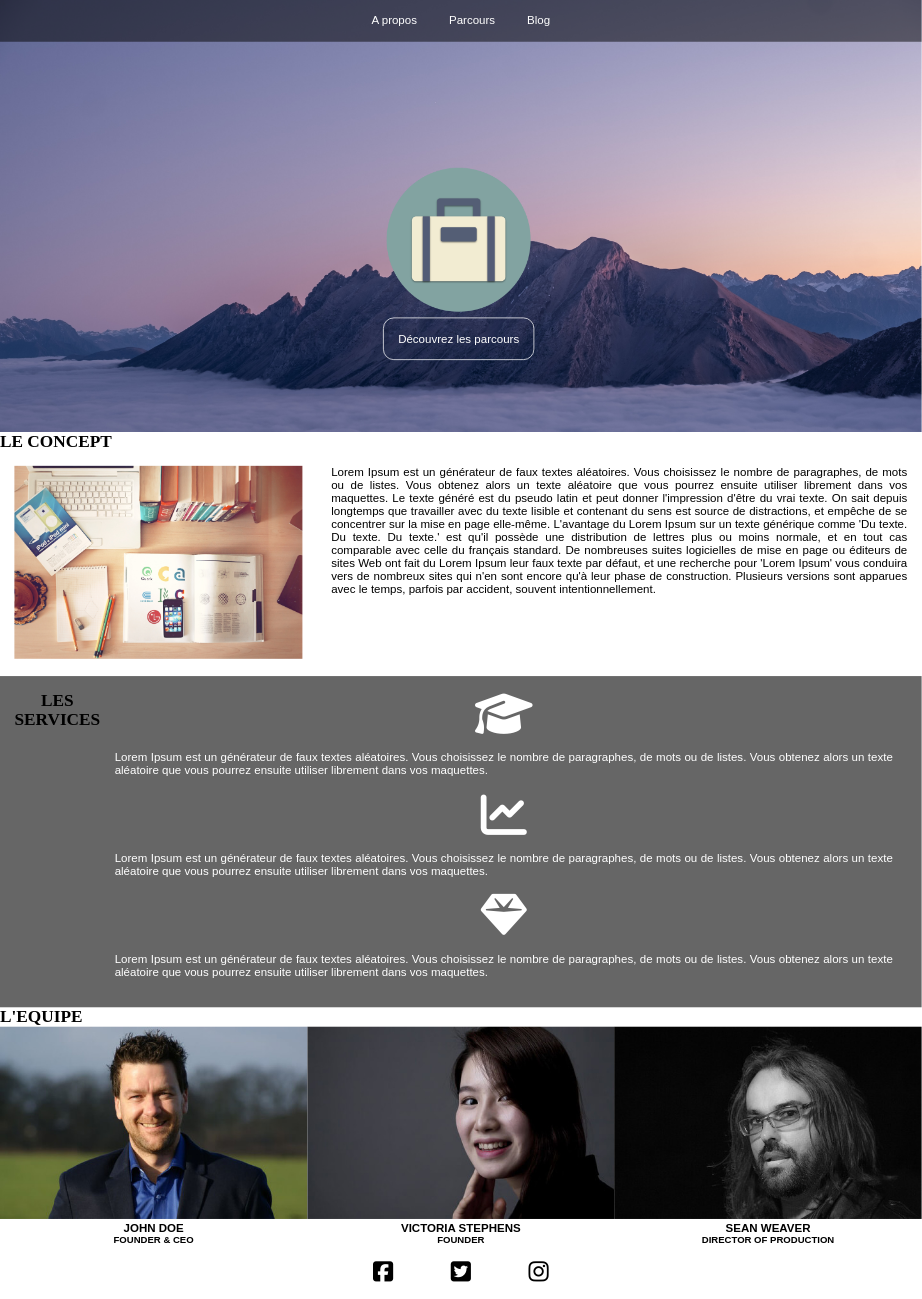
Repository: georeyff/WordPressThemes
Page: agenceVoyageInitial/index.html
The author's editor kept a copy of each file at every save. The page is drawn from the files as they stood at one save, then again after the next save.
The browser window is 1280 px wide. The pictures show the whole page, at 72% of full size.
Some web fonts or font styles are not loaded; a fallback is used. Some web libraries are served in a nearby version.

Above is the page before, as saved 2020-11-26 17:15:46.

After the next save:
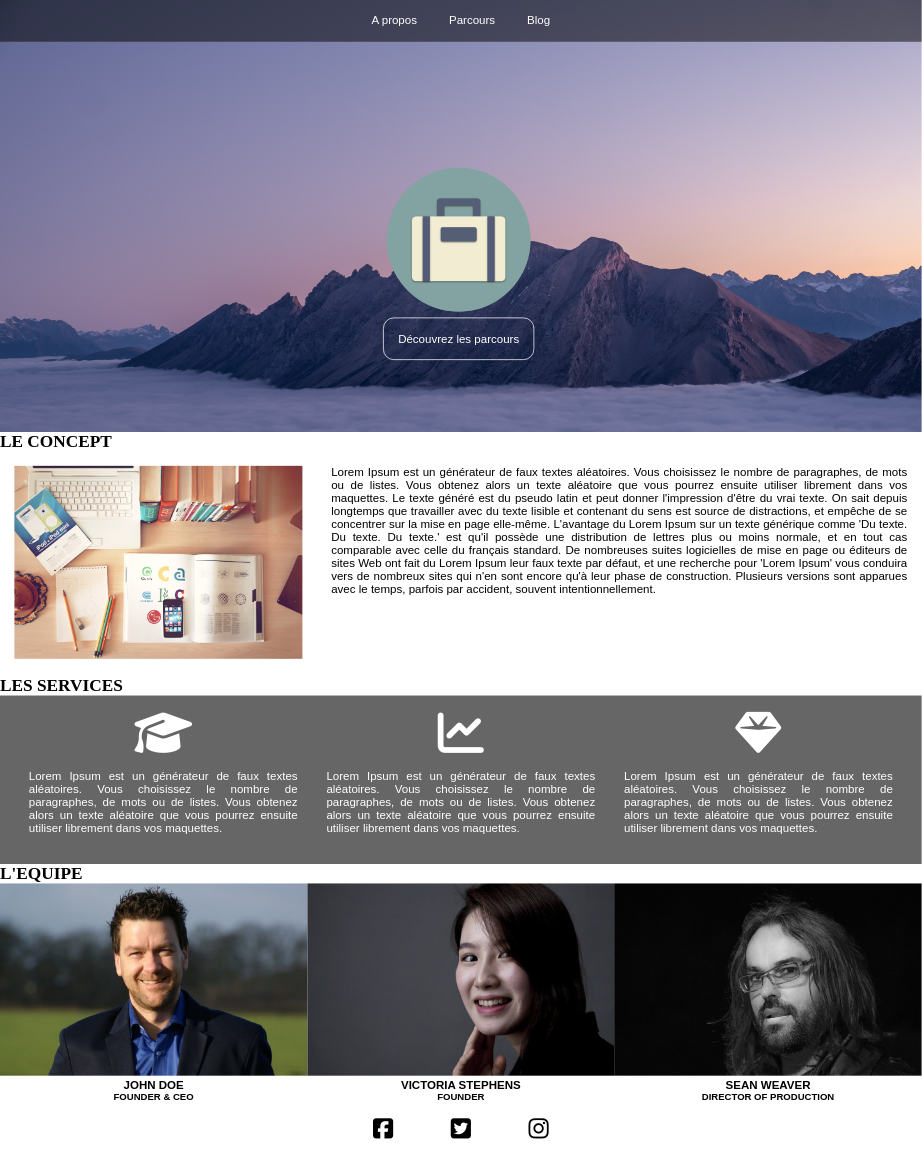
Saved 11 s later.
--- a/agenceVoyageInitial/index.html
+++ b/agenceVoyageInitial/index.html
@@ -54,9 +54,9 @@
         </div>
     </section><!--Ici, on referme la section apropos-->
 
-    <section id="services">
+    <section id="services-section">
       <h2>LES SERVICES</h2>
-      <div id="services-section">
+      <div id="services">
         <div class="services_item">
           <i class="fas fa-graduation-cap fa-4x"></i>
           <p>
